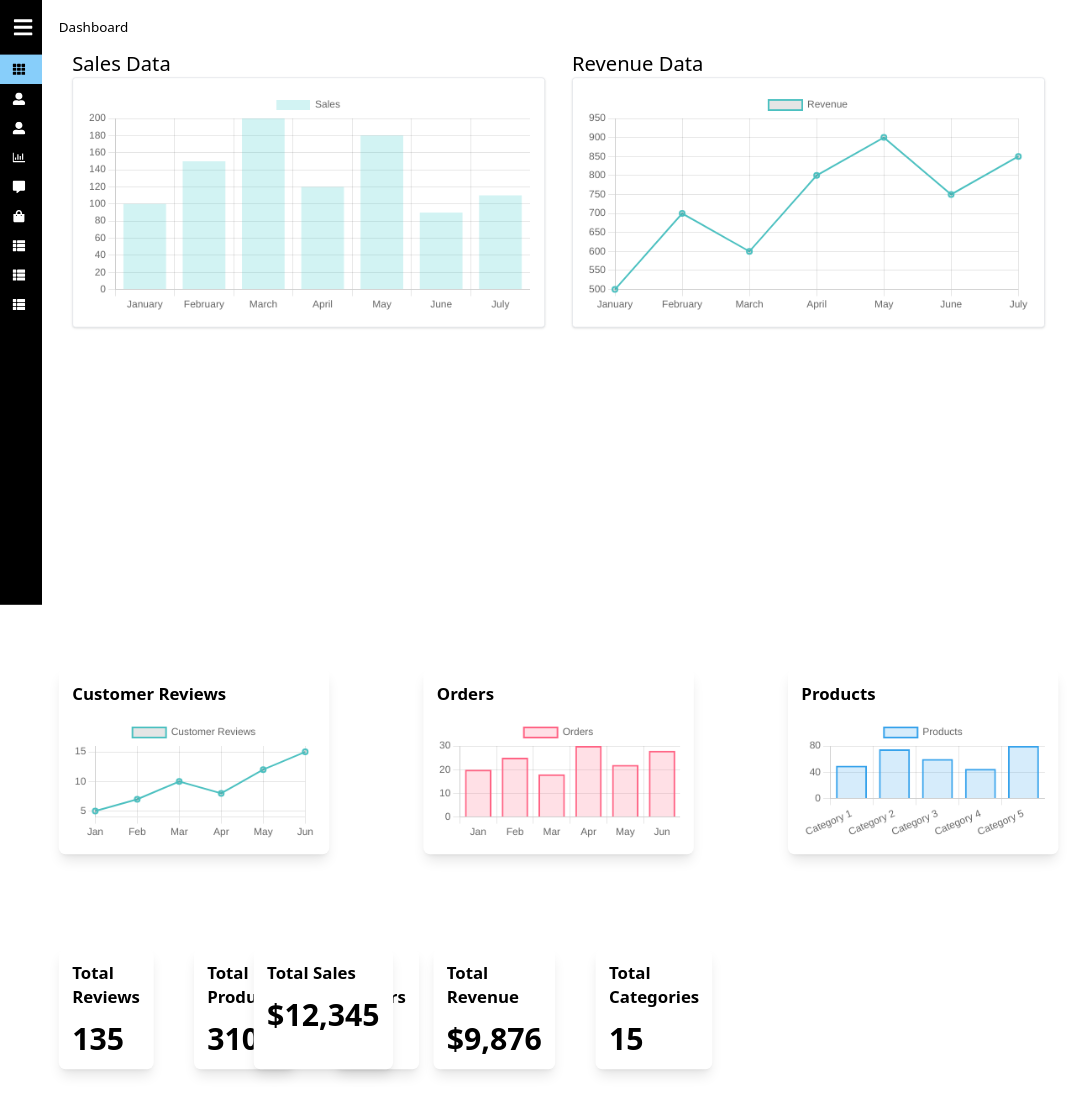
Repository: AndargWorku12/admin-dashboard
Page: /
These files come from the project's save history. The page is drawn as it stood at one moment and after the next save; the edit follows.
The browser window is 1280 px wide. The pictures show the whole page, at 84% of full size.
The project was rebuilt for these pictures with package versions that can differ from the ones it lists, and the page was loaded fresh each time. Also part of the build but not shown: src/pages/Orders.tsx, src/pages/Category.tsx, src/pages/Login.tsx, src/pages/CustemerReview.tsx, src/pages/ProductList.tsx, src/pages/ShopCard.tsx, src/pages/SignUpForm.tsx, src/pages/ForgetPassword.tsx.

Above is the page before, as saved 2024-01-29 05:43:58.

### src/index.tsx
import { ColorModeScript } from "@chakra-ui/react"
import * as React from "react"
import * as ReactDOM from "react-dom/client"
import App from "./App"
import './index.css'

const container = document.getElementById("root")
if (!container) throw new Error('Failed to find the root element');
const root = ReactDOM.createRoot(container)

root.render(

  <React.StrictMode>
    <ColorModeScript />
    <App />
  </React.StrictMode>,

)

### src/App.tsx

import React, {useState} from 'react';
import { BrowserRouter, Route, Routes } from 'react-router-dom';
import Sidebar from './components/Sidebar';
import Dashboard from './pages/Dashboard';
// import SignUpForm from './pages/LoginPopup'
import Orders from './pages/Orders';
import Category from './pages/Category';
import Login from './pages/Login'
import Analytics from './pages/Analytics';
import CustemerReview from './pages/CustemerReview';
import ProductList from './pages/ProductList';
import ShopCard from './pages/ShopCard';
import './App.css'
import SignUpForm from './pages/SignUpForm';
import ForgotPassword from './pages/ForgetPassword';
import AnalyticsPage from './pages/Analytics';



type SaleData = {
  date: string;
  amount: number;
};

type RevenueData = {
  month: string;
  revenue: number;
};

type Product = {
    id: string;
    photo: string;
    name: string;
    price: number;
    category: string;
};

type Order = {
    id: string;
    productName: string;
    quantity: number;
    totalPrice: number;

};

type CategoryType = {
  id: string;
  photo:string;
  name: string;
};



// Sample props for components
type DashboardProps = {
  saleData: SaleData[];
  revenueData: RevenueData[];
  // ... other props
};

type AnalyticsProps = {
  salesData: SaleData[];
  // ... other props
};

type ProductProps = {
  products: Product[];
  onUpdate: (productId: string, updatedProduct: Product) => void;

};




type OrderProps = {
  orders: Order[];
  // ... other props
};

type CategoryProps = {
  categories: CategoryType[];
  // ... other props
};







const App: React.FC = () => {


// for the product page to handle
  const [products, setProducts] = useState<Product[]>([


    {
      id: '1',
      photo: 'https://img.ltwebstatic.com/images3_pi/2022/01/10/16417919016a32607182dd11dedeb77e8324b683e8_thumbnail_900x.webp',
      name: 'Product 1',
      price: 29.99,
      category: 'Electronics',
    },
    {
      id: '2',
      photo: 'https://img.ltwebstatic.com/images3_pi/2022/01/10/16417919016a32607182dd11dedeb77e8324b683e8_thumbnail_900x.webp',
      name: 'Product 2',
      price: 49.99,
      category: 'Clothing',
    },
    {
      id: '3',
      photo: 'https://img.ltwebstatic.com/images3_pi/2022/01/10/16417919016a32607182dd11dedeb77e8324b683e8_thumbnail_900x.webp',
      name: 'Product 3',
      price: 9.99,
      category: 'Books',
    },
    {
      id: '4',
      photo: 'https://img.ltwebstatic.com/images3_pi/2022/01/10/16417919016a32607182dd11dedeb77e8324b683e8_thumbnail_900x.webp',
      name: 'Product 4',
      price: 79.99,
      category: 'Home and Kitchen',
    },
    {
      id: '5',
      photo: 'https://img.ltwebstatic.com/images3_pi/2022/01/10/16417919016a32607182dd11dedeb77e8324b683e8_thumbnail_900x.webp',
      name: 'Product 5',
      price: 39.99,
      category: 'Toys',
    },



  ]);

  // Function to handle creating a new product
  const handleCreate = (newProduct: Product) => {
    setProducts((prevProducts) => [...prevProducts, newProduct]);
  };

  // Function to handle updating a product

  const handleUpdate = (productId: string, newName: string, newPrice: number) => {
    setProducts((prevProducts) =>
      prevProducts.map((product) =>
        product.id === productId
          ? { ...product, name: newName, price: newPrice }
          : product
      )
    );
  };



  // Function to handle deleting a product
  const handleDelete = (productId: string) => {
    setProducts((prevProducts) => prevProducts.filter((product) => product.id !== productId));
  };

//  for AnalyticsPage
// for category page


const [categories, setCategories] = useState<CategoryType[]>([
  {
    id: '1',
    photo: 'https://plus.unsplash.com/premium_photo-1661662850226-83c981ed4eba?w=500&auto=format&fit=crop&q=60&ixlib=rb-4.0.3&ixid=M3wxMjA3fDB8MHxzZWFyY2h8MXx8bGFwdG9wJTIwY29tcHV0ZXJ8ZW58MHx8MHx8fDA%3D',
    name: 'Category 1',
  },
  {
    id: '2',
    photo: 'https://plus.unsplash.com/premium_photo-1661662850226-83c981ed4eba?w=500&auto=format&fit=crop&q=60&ixlib=rb-4.0.3&ixid=M3wxMjA3fDB8MHxzZWFyY2h8MXx8bGFwdG9wJTIwY29tcHV0ZXJ8ZW58MHx8MHx8fDA%3D',
    name: 'Category 2',
  },
  {
    id: '3',
    photo: 'https://plus.unsplash.com/premium_photo-1661662850226-83c981ed4eba?w=500&auto=format&fit=crop&q=60&ixlib=rb-4.0.3&ixid=M3wxMjA3fDB8MHxzZWFyY2h8MXx8bGFwdG9wJTIwY29tcHV0ZXJ8ZW58MHx8MHx8fDA%3D',
    name: 'Category 3',
  },
  {
    id: '4',
    photo: 'https://plus.unsplash.com/premium_photo-1661662850226-83c981ed4eba?w=500&auto=format&fit=crop&q=60&ixlib=rb-4.0.3&ixid=M3wxMjA3fDB8MHxzZWFyY2h8MXx8bGFwdG9wJTIwY29tcHV0ZXJ8ZW58MHx8MHx8fDA%3D',
    name: 'Category 4',
  },

]);

// Function to handle creating a new category
// const handleCreateCategory = (newCategory: CategoryType) => {
//   setCategories((prevCategories) => [...prevCategories, newCategory]);
// };
const handleCreateCategory = (newCategory: CategoryType) => {
  // Add the new category to the list of categories
  setCategories((prevCategories) => [...prevCategories, newCategory]);
};

const handleUpdateCategory = (categoryId: string, newName: string) => {
  setCategories((prevCategories) =>
    prevCategories.map((category) =>
      category.id === categoryId ? { ...category, name: newName } : category
    )
  );
};

// Function to handle deleting a category
const handleDeleteCategory = (categoryId: string) => {
  setCategories((prevCategories) => prevCategories.filter((category) => category.id !== categoryId));
};

  const saleData: SaleData[] = [
    { date: '2022-01-01', amount: 100 },
    { date: '2022-01-02', amount: 150 },
    { date: '2022-01-03', amount: 200 },
    { date: '2022-01-04', amount: 120 },
    { date: '2022-01-05', amount: 180 },
    { date: '2022-01-06', amount: 90 },
    { date: '2022-01-07', amount: 110 },
    { date: '2022-01-08', amount: 130 },
    { date: '2022-01-09', amount: 170 },
    { date: '2022-01-10', amount: 160 },
  ];

  const revenueData: RevenueData[] = [
    { month: 'January', revenue: 500 },
    { month: 'February', revenue: 700 },
    { month: 'March', revenue: 600 },
    { month: 'April', revenue: 800 },
    { month: 'May', revenue: 900 },
    { month: 'June', revenue: 750 },
    { month: 'July', revenue: 850 },
    { month: 'August', revenue: 950 },
    { month: 'September', revenue: 700 },
    { month: 'October', revenue: 850 },
  ];


   const [orders, setOrders] = useState<Order[]>([
    {
      id: '1',
      productName: 'Laptop',
      quantity: 2,
      totalPrice: 2000,
    },
    {
      id: '2',
      productName: 'Smartphone',
      quantity: 3,
      totalPrice: 1200,
    },
    {
      id: '3',
      productName: 'Headphones',
      quantity: 1,
      totalPrice: 100,
    },
    {
      id: '4',
      productName: 'Camera',
      quantity: 1,
      totalPrice: 800,
    },

   ]);

  // Function to create a new order
  const handleCreateOrder = (newOrder: Order) => {
    setOrders((prevOrders) => [...prevOrders, newOrder]);
  };

  // Function to delete an order
  const handleDeleteOrder = (orderId: string) => {
    const updatedOrders = orders.filter(order => order.id !== orderId);
    setOrders(updatedOrders);
  };

  // Function to update an order
  const handleUpdateOrder = (orderId: string, updatedOrder: Order) => {
    // Placeholder implementation: Updating the order in the list
    setOrders((prevOrders) =>
      prevOrders.map((order) =>
        order.id === orderId ? { ...order, ...updatedOrder } : order
      )
    );
  };

  return (
    <BrowserRouter>
    <Sidebar>
      <Routes>
        <Route path="/" element={<Dashboard saleData={saleData} revenueData={revenueData} Analytics={AnalyticsPage} />} />
        <Route path="/dashboard" element={<Dashboard saleData={saleData} revenueData={revenueData} Analytics={AnalyticsPage} />} />
       <Route path="/login" element={<Login/>}/>
       <Route path='/forget-password' element={<ForgotPassword/>}/>
        <Route path="/signup" element={<SignUpForm />} />
        <Route path="/review"element={<CustemerReview username="John" joinedDate="2022-01-01" reviewDate="2022-01-15" reviewText="Lorem ipsum" />}
/>

        <Route path="/analytics" element={<Analytics  />} />
        <Route
  path="/product"
  element={<ProductList products={products} onCreate={handleCreate} onDelete={handleDelete} onUpdate={handleUpdate} />}
/>
        <Route path="/shop" element={<ShopCard />} />
        <Route
        path="/orders"
        element={
          <Orders
  orders={orders}
  onCreateOrder={handleCreateOrder}
  onDeleteOrder={handleDeleteOrder}
  onUpdateOrder={handleUpdateOrder}
/>
        }
      />

        <Route
            path="/category"
            element={<Category
              categories={categories}
              onCreate={handleCreateCategory}
              onDelete={handleDeleteCategory}
              onUpdate={handleUpdateCategory}
            />}
          />

      </Routes>
    </Sidebar>
  </BrowserRouter>
  );
};

export default App;

### src/components/Sidebar.tsx
import React, { useState } from 'react';
import ReactNode from "react";
import {
    FaTh,
    FaBars,
    FaUserAlt,
    FaRegChartBar,
    FaCommentAlt,
    FaShoppingBag,
    FaThList
} from 'react-icons/fa';
import { NavLink, NavLinkProps } from 'react-router-dom';



interface MenuItem {
    path: string;
    name: string;
    icon: JSX.Element;
}

interface SidebarProps {
  children: React.ReactNode;
}
    const Sidebar: React.FC<React.PropsWithChildren<{}>> = ({ children }) => {
    const [isOpen, setIsOpen] = useState(false);

    const toggle = () => setIsOpen(!isOpen);

    const menuItems: MenuItem[] = [
        {
            path: '/',
            name: 'Dashboard',
            icon: <FaTh />,
        },
        {
            path: '/login',
            name: 'Login',
            icon: <FaUserAlt />,
        },
        {
          path: '/signup',
          name: 'Register form',
          icon: <FaUserAlt />,
      },
        {
            path: '/analytics',
            name: 'Analytics',
            icon: <FaRegChartBar />,
        },
        {
            path: '/review',
            name: 'CustemerReview',
            icon: <FaCommentAlt />,
        },
        {
            path: '/product',
            name: 'Product',
            icon: <FaShoppingBag />,
        },
        {
            path: '/category',
            name: 'Category List',
            icon: <FaThList />,
        },
        {
          path: '/orders',
          name: 'Orders',
          icon: <FaThList />,
      },
      {
        path: '/shop',
        name: 'Sample product',
        icon: <FaThList />,
    },
    ];

    return (
        <div className="container">
            <div style={{ width: isOpen ? '200px' : '50px' }} className="sidebar">
                <div className="top_section">
                    <h1 style={{ display: isOpen ? 'block' : 'none' }} className="logo">
                        Logo
                    </h1>
                    <div style={{ marginLeft: isOpen ? '50px' : '0px' }} className="bars">
                        <FaBars onClick={toggle} />
                    </div>
                </div>
                {menuItems.map((item, index) => (
                    <NavLink to={item.path} key={index} className="link"
                    //  activeClassName="active"
                     >
                        <div className="icon">{item.icon}</div>
                        <div style={{ display: isOpen ? 'block' : 'none' }} className="link_text text-sm">
                            {item.name}
                        </div>
                    </NavLink>
                ))}
            </div>
            <main>{children}</main>
        </div>
    );
};

export default Sidebar;

### src/pages/Dashboard.tsx
import React from 'react';
import { Bar, Line } from 'react-chartjs-2';
import {
  Chart as ChartJS,
  CategoryScale,
  LinearScale,
  BarElement,
  PointElement,
  LineElement,
  Title,
  Tooltip,
  Legend,
} from 'chart.js';
import AnalyticsPage from './Analytics';

ChartJS.register(
  CategoryScale,
  LinearScale,
  BarElement,
  PointElement,
  LineElement,
  Title,
  Tooltip,
  Legend
);
// import Chart from 'chart.js/auto';
// Assuming saleData and revenueData are custom types
type SaleData = {
  date: string;
  amount: number;
};

type RevenueData = {
  month: string;
  revenue: number;
};

interface DashboardProps {
  saleData: SaleData[];
  revenueData: RevenueData[];
}

const Dashboard: React.FC<DashboardProps> = ({ saleData, revenueData }) => {
  const barChartData = {
    labels: ['January', 'February', 'March', 'April', 'May', 'June', 'July'],
    datasets: [
      {
        label: 'Sales',
        data: saleData.map((data) => data.amount),
        backgroundColor: 'rgba(34,192,192,0.2)',



      },
    ],
  };

  const lineChartData = {
    labels: ['January', 'February', 'March', 'April', 'May', 'June', 'July'],
    datasets: [
      {
        label: 'Revenue',
        data: revenueData.map((data) => data.revenue),
        fill: false,
        borderColor: 'rgba(75,192,192,1)',
        borderWidth: 2,
        //some thing


      },
    ],
  };

  return (
    <div>
      <h2>Dashboard</h2>
<div className="flex h-screen">
      <div className="flex-1 max-w-screen-md p-4">
        <h3 className="text-2xl">Sales Data</h3>
        <div className="border p-4 bg-white rounded shadow">
        <Bar data={barChartData} />
      </div>
      </div>

      <div className="flex-1 max-w-screen-md p-4">
        <h3 className="text-2xl">Revenue Data</h3>
        <div className="border p-4 bg-white rounded shadow" >
        <Line data={lineChartData} />
        </div>
      </div>
      </div>
      <div>
      <AnalyticsPage/>
      </div>
    </div>
  );
};

export default Dashboard;











// import React from 'react';
// import { Bar, Line } from 'react-chartjs-2';

// interface DashboardProps {
//   saleData: saleData[];
//   revenueData: revenueData[];
// }

// const Dashboard: React.FC<DashboardProps> = ({ saleData, revenueData }) => {
//   const barChartData = {
//     labels: ['January', 'February', 'March', 'April', 'May', 'June', 'July'],
//     datasets: [
//       {
//         label: 'Sales',
//         data: saleData,
//         backgroundColor: 'rgba(75,192,192,0.2)',
//         borderColor: 'rgba(75,192,192,1)',
//         borderWidth: 1,
//       },
//     ],
//   };

//   const lineChartData = {
//     labels: ['January', 'February', 'March', 'April', 'May', 'June', 'July'],
//     datasets: [
//       {
//         label: 'Revenue',
//         data: revenueData,
//         fill: false,
//         borderColor: 'rgba(75,192,192,1)',
//         borderWidth: 2,
//       },
//     ],
//   };

//   return (
//     <div>
//       <h2>Dashboard</h2>

//       <div>
//         <h3>Sales Data</h3>
//         <Bar data={barChartData} />
//       </div>

//       <div>
//         <h3>Revenue Data</h3>
//         <Line data={lineChartData} />
//       </div>
//     </div>
//   );
// };

// export default Dashboard;

### src/pages/Analytics.tsx
// Install dependencies:
// npm install react-chartjs-2 chart.js

import React from 'react';
import { Bar, Line } from 'react-chartjs-2';

const AnalyticsPage: React.FC = () => {
  // Sample data
  const customerReviewData = {
    labels: ['Jan', 'Feb', 'Mar', 'Apr', 'May', 'Jun'],
    datasets: [
      {
        label: 'Customer Reviews',
        data: [5, 7, 10, 8, 12, 15],
        borderColor: 'rgba(75, 192, 192, 1)',
        borderWidth: 2,
        fill: false,
      },
    ],
  };

  const ordersData = {
    labels: ['Jan', 'Feb', 'Mar', 'Apr', 'May', 'Jun'],
    datasets: [
      {
        label: 'Orders',
        data: [20, 25, 18, 30, 22, 28],
        backgroundColor: 'rgba(255, 99, 132, 0.2)',
        borderColor: 'rgba(255, 99, 132, 1)',
        borderWidth: 2,
      },
    ],
  };

  const productsData = {
    labels: ['Category 1', 'Category 2', 'Category 3', 'Category 4', 'Category 5'],
    datasets: [
      {
        label: 'Products',
        data: [50, 75, 60, 45, 80],
        backgroundColor: 'rgba(54, 162, 235, 0.2)',
        borderColor: 'rgba(54, 162, 235, 1)',
        borderWidth: 2,
      },
    ],
  };

  return (
    <div className="container mx-auto my-8 ">
      <div className="grid grid-cols-1 md:grid-cols-2 lg:grid-cols-3 gap-28">
        {/* Customer Reviews Chart */}
        <div className="bg-white p-4 rounded-lg shadow-lg">
          <h2 className="text-xl font-bold mb-4">Customer Reviews</h2>
          <Line data={customerReviewData} />
        </div>

        {/* Orders Chart */}
        <div className="bg-white p-4 rounded-lg shadow-lg">
          <h2 className="text-xl font-bold mb-4">Orders</h2>
          <Bar data={ordersData} />
        </div>

        {/* Products Chart */}
        <div className="bg-white p-4 rounded-lg shadow-lg">
          <h2 className="text-xl font-bold mb-4">Products</h2>
          <Bar data={productsData} />
        </div>

        {/* Total Metrics Cards */}
        <div className='col-span-3 md:col-span-2 lg:col-span-1 flex justify-between gap-10'>


        <div className="col-span-3 md:col-span-2 lg:col-span-1 flex justify-between gap-8 w-48">
          <div className="bg-white p-4 rounded-lg shadow-lg flex-1 mr-4">
            <h2 className="text-xl font-bold mb-4">Total Reviews</h2>
            <p className="text-4xl font-bold">135</p>
          </div>

          <div className="bg-white p-4 rounded-lg shadow-lg flex-1 mr-4">
            <h2 className="text-xl font-bold mb-4">Total Products</h2>
            <p className="text-4xl font-bold">310</p>
          </div>

          <div className="bg-white p-4 rounded-lg shadow-lg flex-1">
            <h2 className="text-xl font-bold mb-4">Total Orders</h2>
            <p className="text-4xl font-bold">98</p>
          </div>
        </div>

        <div className="col-span-3 md:col-span-2 lg:col-span-1 flex justify-between gap-8 w-48">
          <div className="bg-white p-4 rounded-lg shadow-lg flex-1 mr-4">
            <h2 className="text-xl font-bold mb-4">Total Sales</h2>
            <p className="text-4xl font-bold">$12,345</p>
          </div>
<div className='gap-8 col-span-3 md:col-span-2 lg:col-span-1 flex justify-between w-48'>
          <div className="bg-white p-4 rounded-lg shadow-lg flex-1 mr-4">
            <h2 className="text-xl font-bold mb-4">Total Revenue</h2>
            <p className="text-4xl font-bold">$9,876</p>
          </div>

          <div className="bg-white p-4 rounded-lg shadow-lg flex-1">
            <h2 className="text-xl font-bold mb-4">Total Categories</h2>
            <p className="text-4xl font-bold">15</p>
          </div>
          </div>
        </div>
        </div>
      </div>
    </div>
  );
};

export default AnalyticsPage;

### src/App.css
* {
    margin: 0;
    padding: 0;
    text-decoration: none;
}

.container {
    display: flex;
}

main {
    width: 100%;
    padding: 20px;
}

.sidebar {
    background: #000;
    color: #fff;
    height: 100vh;
    width: 200px;
    transition: all 0.5s;
}

.top_section {
    display: flex;
    align-items: center;
    padding: 20px 15px;
}

.logo {
    font-size: 30px;
}

.bars {
    display: flex;
    font-size: 25px;
    margin-left: 50px;
}

.link {
    display: flex;
    color: #fff;
    padding: 10px 15px;
    gap: 15px;
    transition: all 0.5s;
}

.link:hover {
    background: lightskyblue;
    color: #000;
    transition: all 0.5s;
}

.active {
    background: lightskyblue;
    color: #000;
}

.icon,
.link_text {
    font-size: 15px;
}

Loaded but not shown: public/index.html (common file); src/index.css (common file); tailwind.config.js (common file)

After the next save:
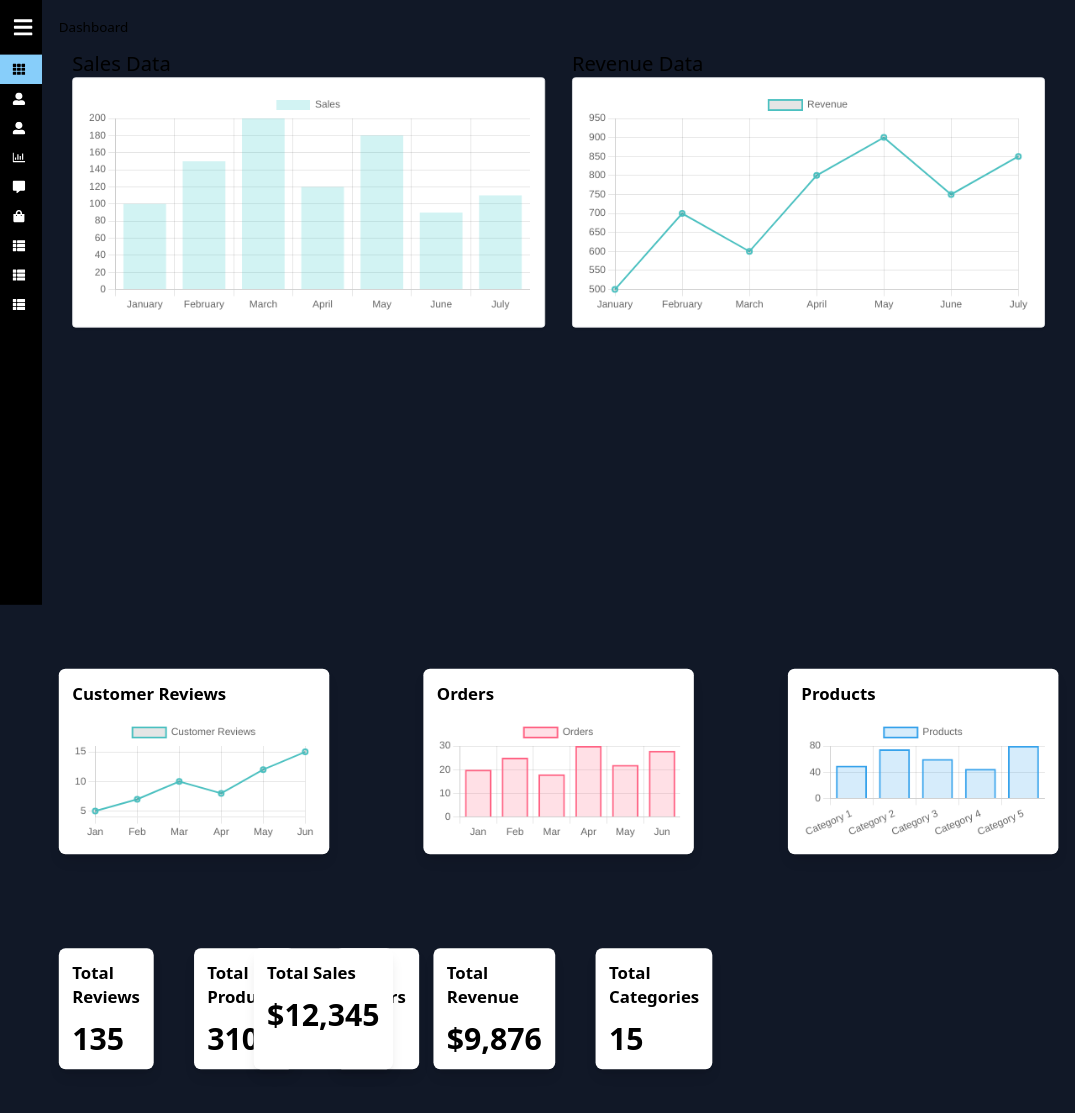
Saved 6 min 29 s later.
--- a/src/App.tsx
+++ b/src/App.tsx
@@ -287,11 +287,12 @@ const handleDeleteCategory = (categoryId: string) => {
   };
 
   return (
+    <div className='bg-gray-900'>
     <BrowserRouter>
     <Sidebar>
       <Routes>
-        <Route path="/" element={<Dashboard saleData={saleData} revenueData={revenueData} Analytics={AnalyticsPage} />} />
-        <Route path="/dashboard" element={<Dashboard saleData={saleData} revenueData={revenueData} Analytics={AnalyticsPage} />} />
+        <Route path="/" element={<Dashboard saleData={saleData} revenueData={revenueData}  />} />
+        <Route path="/dashboard" element={<Dashboard saleData={saleData} revenueData={revenueData}  />} />
        <Route path="/login" element={<Login/>}/>
        <Route path='/forget-password' element={<ForgotPassword/>}/>
         <Route path="/signup" element={<SignUpForm />} />
@@ -329,6 +330,7 @@ const handleDeleteCategory = (categoryId: string) => {
       </Routes>
     </Sidebar>
   </BrowserRouter>
+  </div>
   );
 };
 
